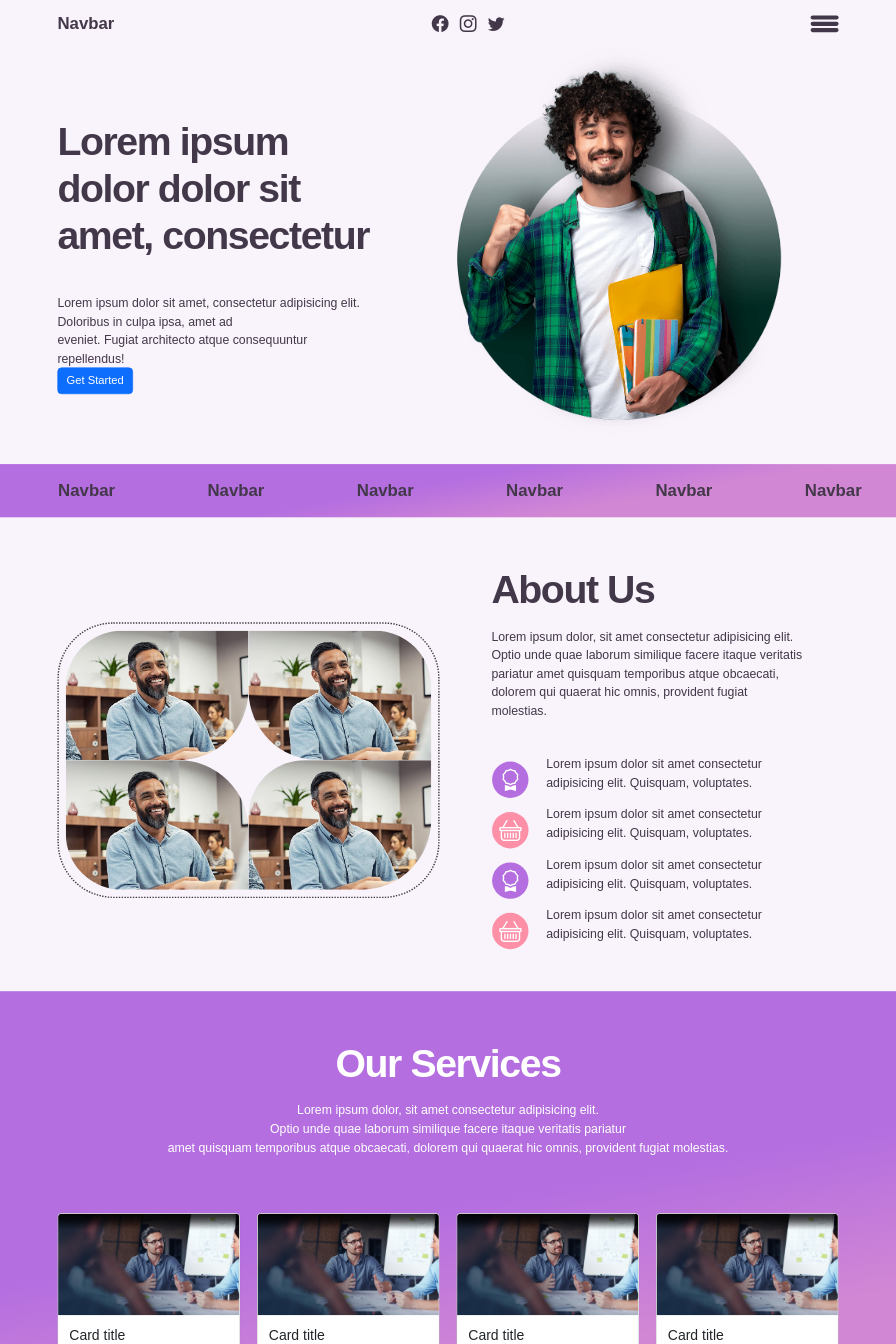
Repository: tagnam/project27012025
Page: index.html
The author's editor kept a copy of each file at every save. The page is drawn from the files as they stood at one save, then again after a run of saves.
The browser window is 1280 px wide. The pictures show the part of the page from y = 0 to 1920 px (the page is 3229 px tall), at 70% of full size.

Above is the page before, as saved 2025-01-28 13:10:38.

After the next 3 saves:
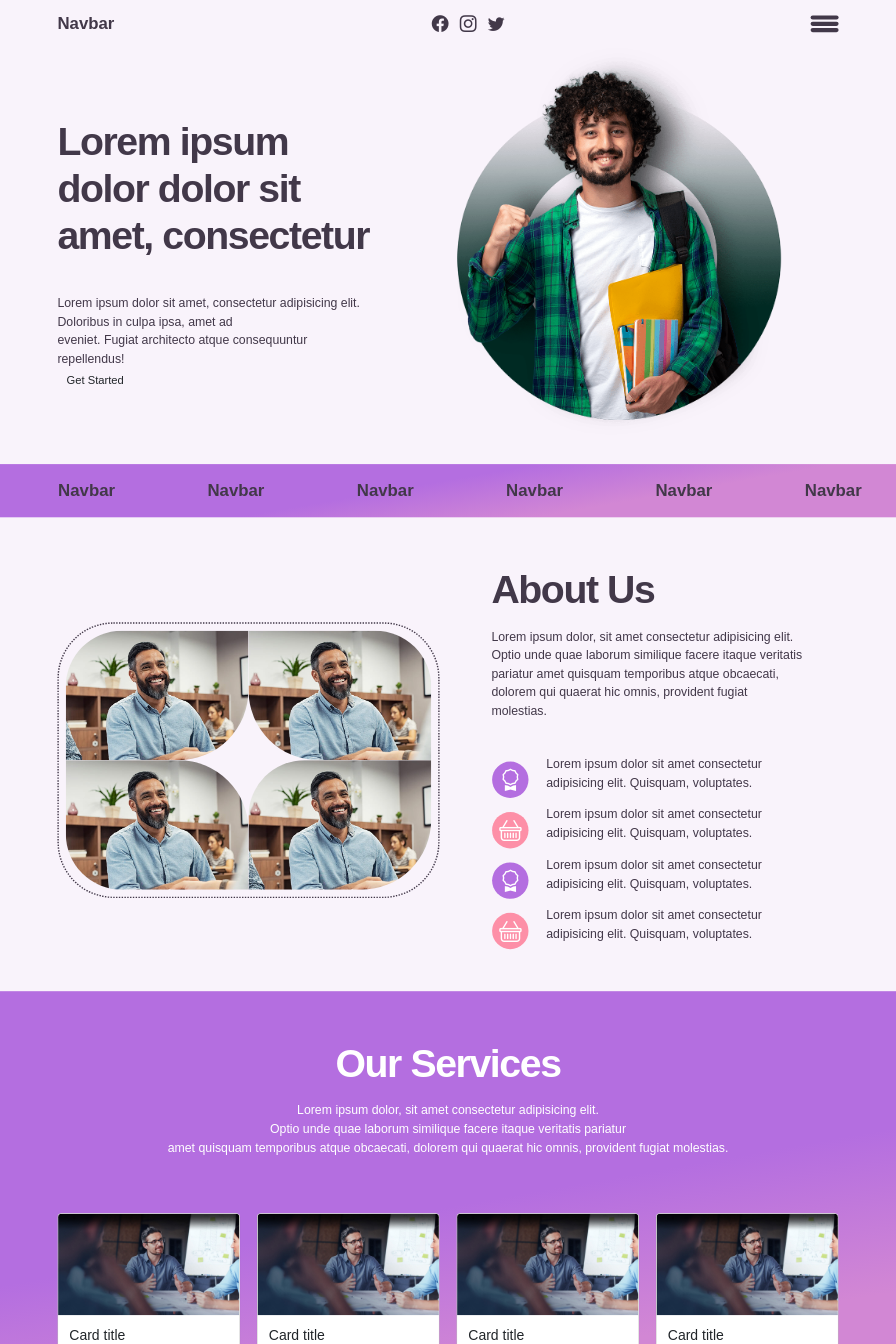
The 3 saves are shown as one change because they came seconds apart.
The last was saved 14 min 43 s later.
--- a/index.html
+++ b/index.html
@@ -73,7 +73,7 @@
                                 Lorem ipsum dolor sit amet, consectetur adipisicing elit. Doloribus in culpa ipsa, amet ad<br />
                                 eveniet. Fugiat architecto atque consequuntur repellendus!
                             </p>
-                            <button class="btn btn-primary">Get Started</button>
+                            <button class="btn custom-btn">Get Started</button>
                         </div>
                     </div>
                     <div class="col-lg-6 col-md-6 col-sm-12">
